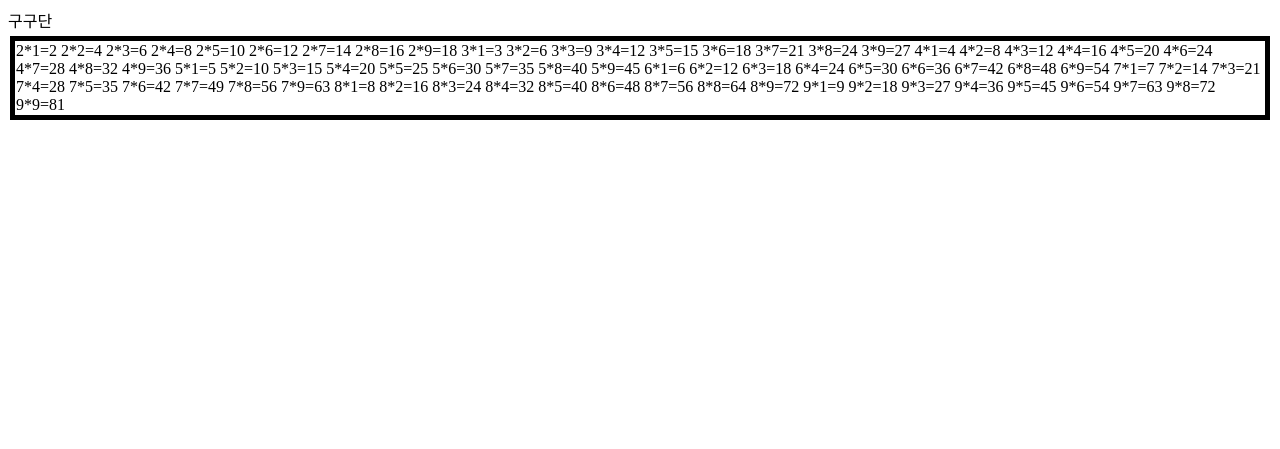
Repository: Yongb15/4.jsp
Page: http://localhost/Ex_0527/gugudan.jsp
These files come from the project's save history. The page is drawn as it stood at one moment and after the next save; the edit follows.
The browser window is 1280 px wide. The pictures show the whole page.
The page is served by Tomcat 10.

Above is the page before, as saved 2024-05-27 12:35:23.

After the next save:
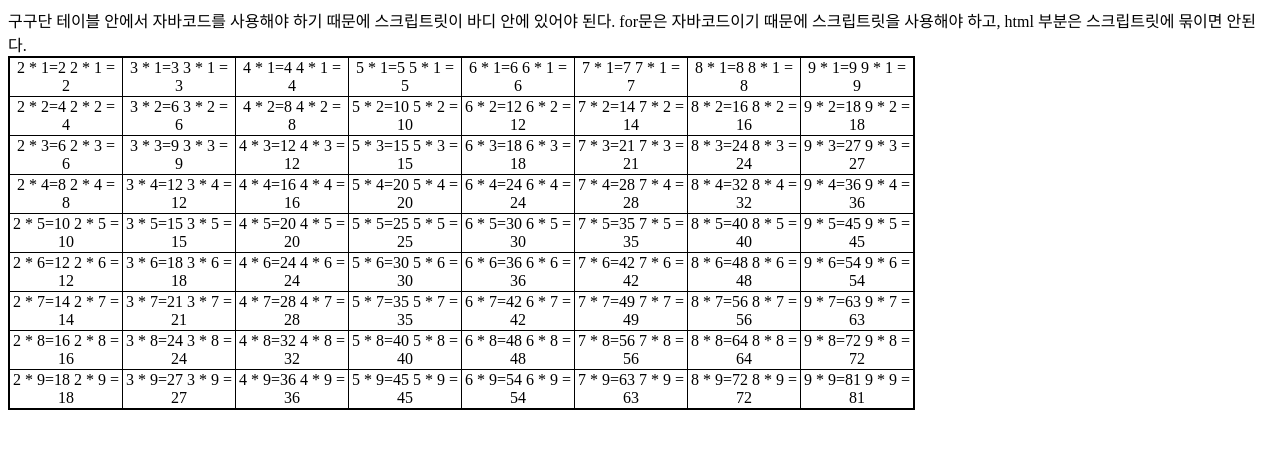
Saved 18 s later.
--- a/Ex_0527/src/main/webapp/gugudan.jsp
+++ b/Ex_0527/src/main/webapp/gugudan.jsp
@@ -4,24 +4,48 @@
 <html>
 <head>
 <meta charset="UTF-8">
+<title>Insert title here</title>
+<!-- 주석 -->
+<!-- html주석(그대로 노출되어 보안성이 떨어짐) : html주석은 컴파일시에 자바코드로 전환된다.-->
+
+
+
+<!-- jsp를 실행한 후 웹페이지에서 우측클릭
+소스보기를 통해서 확인해보면 두 주석의 차이점을 알 수 있다.
+그러므로 id:a123 / pwd:asdf 와 같이 html주석에 중요한 정보를 담아놓으면 안된다 -->
 <style>
-#dan{
-border: 5px solid black;
-}
-</style>
-<title>구구단</title>
+		table{border:2px solid black;
+		      border-collapse:collapse;} -> 두줄짜리 외곽선 한줄로 만듦
+
+		tr{height:30px;}
+
+		td{width:110px;
+		  text-align:center;}
+	</style>
 </head>
 <body>
-<table>
- <tr>구구단</tr>
- <td id="dan">
- <%for(int i = 2; i<=9; i++){
-			for(int j = 1; j<=9; j++){
-				out.println(i+"*"+j+"="+(i*j));
-			}
-		}%>
- </td>
 
-</table>
+	구구단
+
+  테이블 안에서 자바코드를 사용해야 하기 때문에 스크립트릿이 바디 안에 있어야 된다.
+  for문은 자바코드이기 때문에 스크립트릿을 사용해야 하고, html 부분은 스크립트릿에 묶이면 안된다.
+	<table border="1">
+			<% for(int i = 1; i <= 9; i++ ){%>
+			<tr>
+				<% for(int j = 2; j <= 9; j++){%>
+				<td>
+
+				<%-- 이렇게 해도 되고...
+					<%= j %> * <%= i %> = <%= j * i %> --%>
+					<%= j + " * " + i + "=" + j*i %>
+				<%-- 이런식으로 해도 된다. --%>
+					<% String str = String.format("%d * %d = %d", j, i, j * i); %>
+					<%= str %>
+				</td>
+				<% } %>
+			</tr>
+			<% } %>
+	</table>
+
 </body>
 </html>
